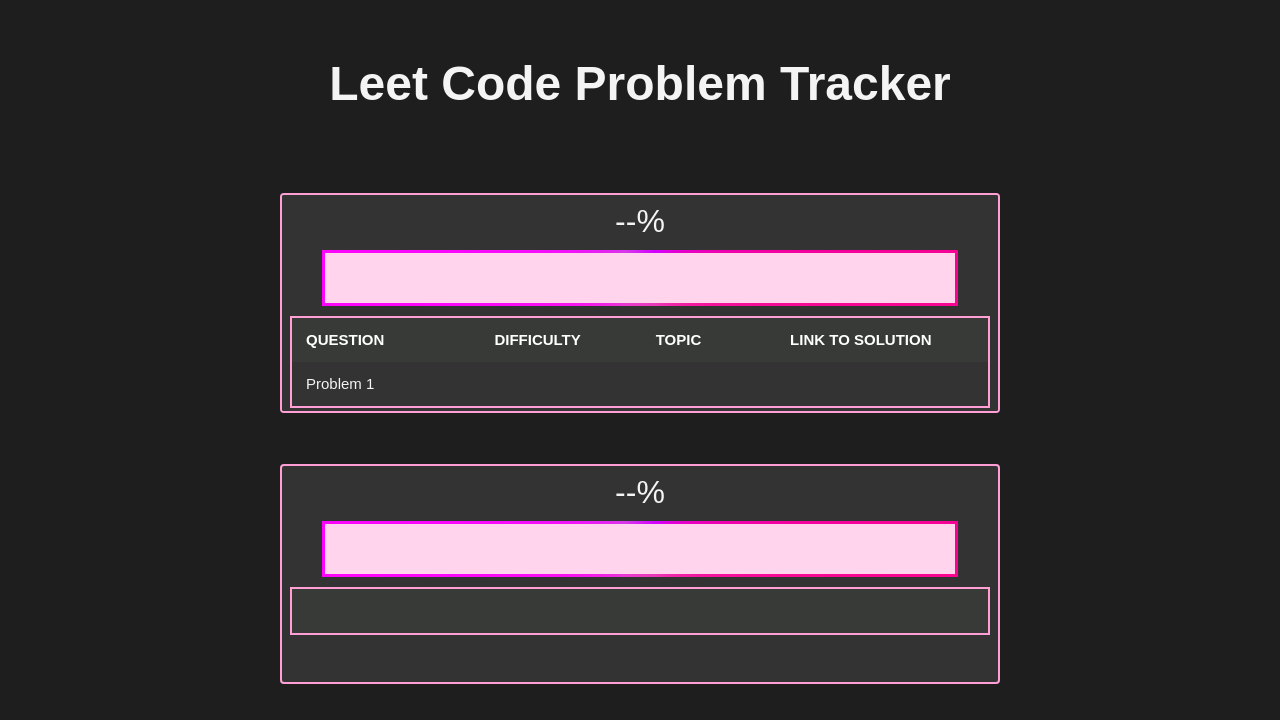
Repository: bbrockbrown/leet-code-tracker
Page: index.html
The author's editor kept a copy of each file at every save. The page is drawn from the files as they stood at one save, then again after the next save.
The browser window is 1280 px wide. The pictures show the whole page.

Above is the page before, as saved 2024-07-28 17:23:41.

### index.html
<!DOCTYPE html>
<html lang="en">
<head>
    <meta charset="UTF-8">
    <meta name="viewport" content="width=device-width, initial-scale=1.0">
    <link rel="stylesheet" href="styles.css">
    <script>src="script.js"</script>
    <title>Document</title>
</head>
<body>
    <div class="main">
        <h1 id="header">Leet Code Problem Tracker</h1>
    </div>

    <div class="tracking-container">
        <!-- Have some script grab random leet code problems daily -->
        <div class="todo-tracking">
            <div class="todo-percent">--%</div>
            <div class="progressbar" id="todo-bar"> <!--% Container for progressbar --> </div>
            <table>
                <tbody>
                    <tr>
                        <th>Question</th>
                        <th>Difficulty</th>
                        <th>Topic</th>
                        <th>Link to Solution</th>
                    </tr>

                    <tr>
                        <td>Problem 1</td>
                        <td></td>
                        <td></td>
                    </tr>
                </tbody>
            </table>
        </div>

        <!-- Brings to page with links to completed problems, area to write
         notes about how it was solved, topics used, etc-->
        <div class="completed-tracking">
            <div class="completed-percent">--%</div>
            <div class="progressbar" id="completed-bar"> <!--% Container for progressbar --> </div>
            <table>
                <tbody>
                    <tr>
                        <th></th>
                        <th></th>
                        <th></th>
                    </tr>
                </tbody>
            </table>
        </div>
    </div>
</body>
</html>

### styles.css
:root {
    --tracking-border-color: rgb(255, 159, 213);
}

@keyframes rotate {
	to {
		--angle: 360deg;
	}
}

@property --angle {
  syntax: '<angle>';
  initial-value: 0deg;
  inherits: false;
}

head {
    display: none;
}

body {
    font-family: Arial, sans-serif;
    background: #1e1e1e;
    margin: 0;
    padding: 0;
    color: #f4f4f4;
    overflow: hidden;
    font-size: 90%;
}

.main {
    display: flex;
    flex-flow: column;
    justify-content: center;
    align-items: center;
    padding: 24px;
}

#header {
    font-size: 48px;
}

.tracking-container {
    display: flex;
    flex-flow: row wrap;
    align-items: center;
    justify-content: space-evenly;

}

.todo-tracking, .completed-tracking {
    border: 2px solid var(--tracking-border-color);
    border-radius: 4px;
    font-size: 32px;
    text-align: center;
    box-shadow: 8px rgb(255, 159, 213, 0.8);
    height: 200px;
    width: 700px;
    padding: 8px;
    background-color: #333;
    margin: 2% auto;
    display: inline-block;
    max-width: 75%;
    max-height: 85%;
    overflow-y: auto;
    color: #f4f4f4;
}

.todo-tracking:hover, .completed-tracking:hover {
    filter: brightness(85%);
}

/* progress bar fills more as more complete */
.progressbar {
    width: 90%;
    height: 50px;
    border-radius: 8px;
    background-color: rgb(255, 212, 236);
    margin: 10px auto;
    --angle: 0deg;
    /* FOR FUTURE: make it so user can change border gradient */
    --very-pink: rgb(249, 0, 141);
    --pink: rgb(233, 58, 183);
    --pinkish-purple: rgb(233, 58, 210);
    --magenta: magenta;
    --purple: rgb(213, 58, 233);
    --very-purple: rgb(212, 0, 255);
	border: 3px solid;
	border-image: conic-gradient(from var(--angle), var(--very-pink), var(--pink), var(--pinkish-purple), var(--magenta), var(--purple), var(--very-purple), var(--very-pink)) 1;
	animation: 4s rotate linear infinite;
}

table {
    width: 100%;
    margin: 0 auto;
    display: table;
    border-collapse: collapse;
    transition: box-shadow 0.3s ease-in-out;
    border: 2px solid var(--tracking-border-color);
    border-radius: 10px;
    box-shadow: #1e1e1e;
}

tbody {
    display: table-row-group;
    vertical-align: middle;
    unicode-bidi: isolate;
    border-color: inherit;
    font-size: 15px;
}

tr {
    display: table-row;
    vertical-align: inherit;
    unicode-bidi: isolate;
    border-color: inherit;
}

th {
    color: white;
    text-transform: uppercase;
    background-color: #373a37;
}

th:first-child, td:first-child {
    text-align: left;
}

th, td {
    padding: 8px 14px;
    transition: background-color 0.5s;
    height: 28px;
    border: 0px;
    white-space: nowrap;
}

After the next save:
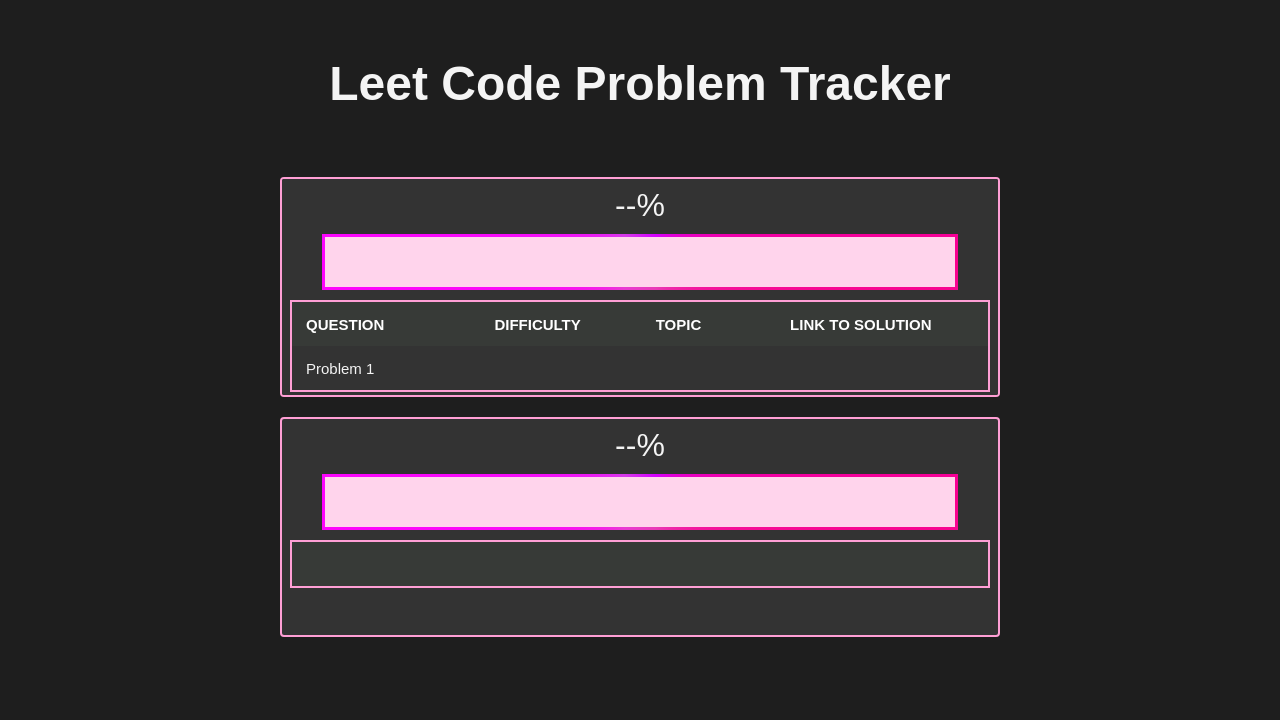
Saved 32 s later.
--- a/styles.css
+++ b/styles.css
@@ -58,7 +58,7 @@ body {
     width: 700px;
     padding: 8px;
     background-color: #333;
-    margin: 2% auto;
+    margin: 10px auto;
     display: inline-block;
     max-width: 75%;
     max-height: 85%;
